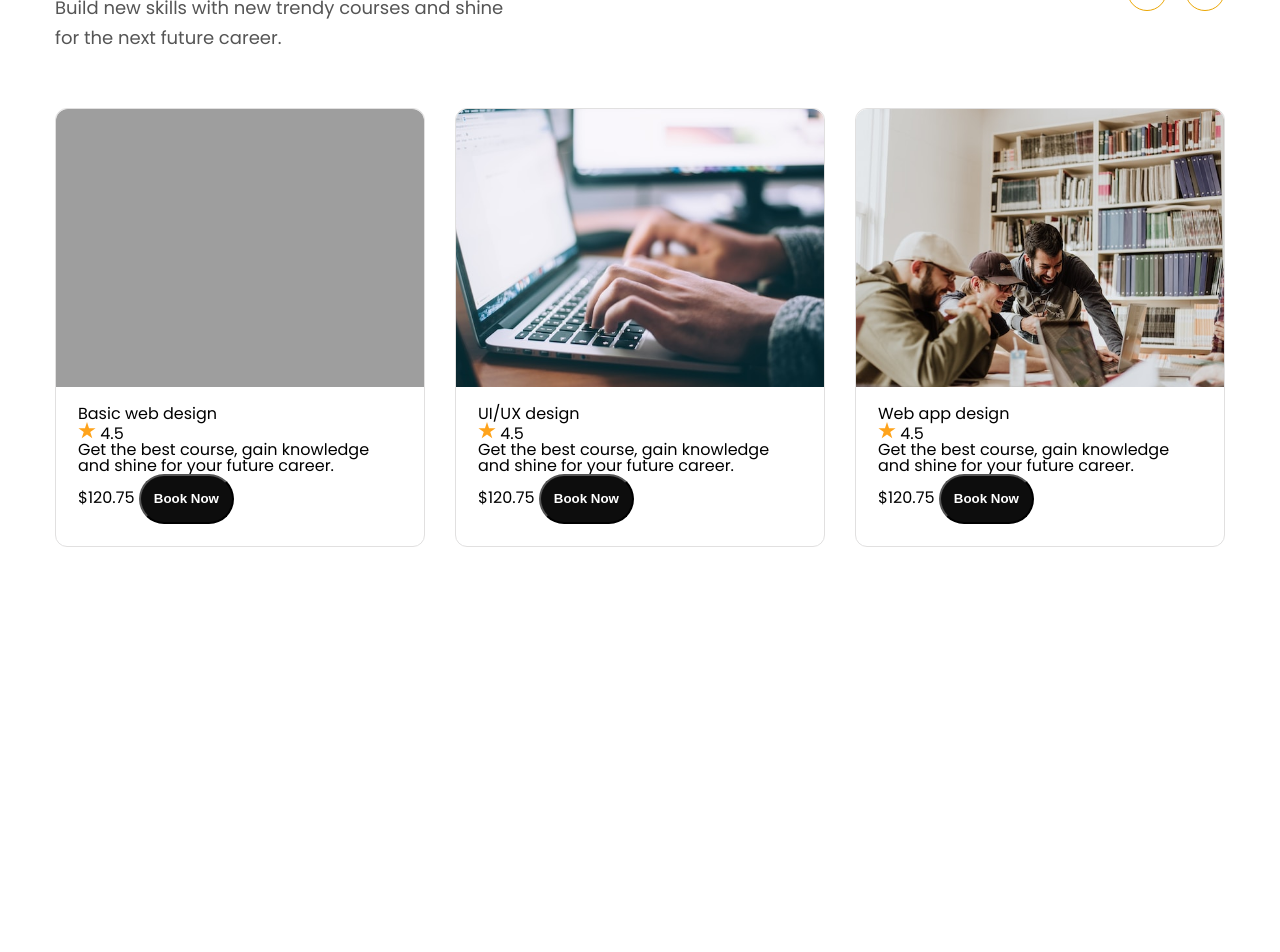
Repository: nguyendonghieu1011-png/figma-to-html1
Page: index.html
The author's editor kept a copy of each file at every save. The page is drawn from the files as they stood at one save, then again after the next save.
The browser window is 1280 px wide. The pictures show the part of the page from y = 1170 to 2122 px (the page is 10000 px tall).
Pictures or frames that could not be fetched are drawn as grey boxes. A picture or video elsewhere on the page could not be fetched, so the positions and the page height are approximate. Some web fonts or font styles are not loaded; a fallback is used. Some web libraries are served in a nearby version.

Above is the page before, as saved 2026-01-02 17:36:31.

### index.html
<!DOCTYPE html>
<html lang="en">
<head>
  <meta charset="UTF-8">
  <meta name="viewport" content="width=device-width, initial-scale=1.0">
  <link rel="stylesheet" href="https://cdnjs.cloudflare.com/ajax/libs/font-awesome/7.0.1/css/all.min.css" integrity="sha512-2SwdPD6INVrV/lHTZbO2nodKhrnDdJK9/kg2XD1r9uGqPo1cUbujc+IYdlYdEErWNu69gVcYgdxlmVmzTWnetw==" crossorigin="anonymous" referrerpolicy="no-referrer" />
  <link rel="stylesheet" href="./assets/css/reset.css">
  <link rel="preconnect" href="https://fonts.googleapis.com">
  <link rel="preconnect" href="https://fonts.gstatic.com" crossorigin>
  <link href="https://fonts.googleapis.com/css2?family=Pacifico&family=Poppins:wght@200;300;400&family=Roboto:ital,wght@0,100..900;1,100..900&family=Sekuya&display=swap" rel="stylesheet">
  <link rel="stylesheet" href="./assets/css/style.css">
  <title>Project</title>
</head>
<body>
  <header class="header fixed">
    <div class="main content">
      <div class="body">

        <h1>TangSan</h1>

        <nav class="nav">
          <ul>
            <li class="active"><a href="#!">Home</a></li>
            <li><a href="#!">Courses</a></li>
            <li><a href="#!">Pricing</a></li>
            <li><a href="#!">Reviews</a></li>
          </ul>
        </nav>

        <div class="action">
          <a href="" class="btn btn-sign-up">Sign Up</a>
        </div>
      </div>
    </div>
  </header>

  <!-- main -->
   <main class="main">
    <div class="hero">
      <div class="main content">
        <div class="body">
          <!-- left -->
          <div class="media-block">
            <img class="img" src="./assets/img/hero-img.jpg" alt="" >

            <div class="hero-summary">
              <!-- item1 -->
              <div class="item">
                <div class="icon">
                  <img class="icon-design dev" src="./assets/icon/des.svg" alt="Design">
                </div>

                <div class="info">
                  <p class="label">20 Courrses</p>
                  <p class="title">UI/UX Design</p>
                </div>
              </div>
              <!-- item2 -->
               <div class="item">
                <div class="icon">
                  <img class="icon-design" src="./assets/icon/dev.svg" alt="">
                </div>

                <div class="info">
                  <p class="label">20 Courrses</p>
                  <p class="title">Development</p>
                </div>
              </div>
              <!-- item3 -->
               <div class="item">
                <div class="icon">
                  <img class="icon-design" src="./assets/icon/marketing.svg" alt="">
                </div>

                <div class="info">
                  <p class="label">30 Courrses</p>
                  <p class="title">Marketing</p>
                </div>
              </div>
            </div>

            </div>
          <!-- right -->
           <div class="content-block">
              <h1 class="heading">Learn without limits and spread knowledge.</h1>
              <p class="desc">
                Lorem ipsum dolor sit amet consectetur adipisicing elit. Illum tenetur minima,
                est voluptas eaque aspernatur aperiam hic.
                Necessitatibus, doloremque architecto.
              </p>

              <div class="cta-group">
                <a class="btn hero-cta" href="#!">See Courses</a>
                <button class="watch-video">
                  <div class="icon">
                    <img class="icon-play" src="./assets/icon/play.svg" alt="">
                  </div>
                  <span>Watch Video</span>
                </button>
              </div>

              <p class="desc desc-recent">Recent eagement</p>
              <p class="desc stats">
                <strong>50K</strong> Students
                <strong>70+</strong> Courses
              </p>
           </div>

        </div>
      </div>
    </div>
   </main>

   <!-- popular -->
  <div class="popular">
  <div class="main content">
    <div class="popular-top">
      <!-- popular left -->
      <div class="info">
      <h2 class="heading-lv2">Our popular courses</h2>
        <p class="desc">
          Build new skills with new trendy courses and shine for the next future career.
        </p>
      </div>
      <!-- popular right -->
      <div class="controls">
        <button class="control-btn">
          <!-- <img src="./assets/icon/prev.svg" alt=""> -->
          <svg width="8" height="14" viewBox="0 0 8 14" fill="none"
                                xmlns="http://www.w3.org/2000/svg">
                                <path d="M7 1L1 7L7 13" stroke="currentColor" stroke-linecap="round"
                                    stroke-linejoin="round" />
                            </svg>
        </button>
        <button class="control-btn btn1">
          <!-- <img src="./assets/icon/next.svg" alt=""> -->
           <svg width="8" height="14" viewBox="0 0 8 14" fill="none"
                                xmlns="http://www.w3.org/2000/svg">
                                <path d="M1 1L7 7L1 13" stroke="currentColor" stroke-linecap="round"
                                    stroke-linejoin="round" />
                            </svg>
        </button>
      </div>
    </div>

    <!-- COURSE LIST -->
    <div class="course-list">
      <!-- item 1 -->
      <div class="course-item">
        <img src="./assets/img/course-1.jpg" alt="design" class="thumb">

        <div class="info">
          <div class="head">
            <h3 class="title">Basic web design</h3>
            <div class="rating">
              <img src="./assets/icon/star.svg" alt="" class="star">
              <span class="value">4.5</span>
            </div>
          </div>

          <p class="desc">
            Get the best course, gain knowledge and shine for your future career.
          </p>

          <div class="foot">
            <span class="price">$120.75</span>
            <button class="btn">Book Now</button>
          </div>
        </div>
      </div>

      <!-- item 2 -->
            <div class="course-item">
        <img src="./assets/img/course-2.jpg" alt="UI/UX design" class="thumb">

        <div class="info">
          <div class="head">
            <h3 class="title">UI/UX design</h3>
            <div class="rating">
              <img src="./assets/icon/star.svg" alt="" class="star">
              <span class="value">4.5</span>
            </div>
          </div>

          <p class="desc">
            Get the best course, gain knowledge and shine for your future career.
          </p>

          <div class="foot">
            <span class="price">$120.75</span>
            <button class="btn">Book Now</button>
          </div>
        </div>
      </div>

      <!-- item 3 -->
            <div class="course-item">
        <img src="./assets/img/course-3.jpg" alt="web app design" class="thumb">

        <div class="info">
          <div class="head">
            <h3 class="title">Web app design</h3>
            <div class="rating">
              <img src="./assets/icon/star.svg" alt="" class="star">
              <span class="value">4.5</span>
            </div>
          </div>

          <p class="desc">
            Get the best course, gain knowledge and shine for your future career.
          </p>

          <div class="foot">
            <span class="price">$120.75</span>
            <button class="btn">Book Now</button>
          </div>
        </div>
      </div>

    </div>
  </div>
</div>

</body>
</html>

### assets/css/style.css
* {
  box-sizing: border-box;
}

:root {
  --font-heading: "Sen", sans-serif;
}

html {
  font-size: 62.5%;
}

body {
  font-size: 1.6rem;
  font-family: "Poppins", sans-serif;
  height: 1000rem;

}

h1 {
  font-weight: 700;
  font-style: italic;
  padding: 5px;
  margin-left: 20px;
  margin-right: 20px;
}

a {
  text-decoration: none;
}

.heading-lv2 {
  color: black;
  font-family: var(--font-heading);
  font-size: 38px;
  font-weight: 700;
  line-height: 48px;
  letter-spacing: -0.76px;
}

.header {
  background-color: #f8f9f6;
}

.header.fixed {
  z-index: 1;
  position: sticky;
  top: -28px;
}

.header h1 {
  font-size:2.8rem;
  text-shadow: 3px 0 0 #7b7b7b
}

.btn {
  display: inline-block;
  background-color: #0d0d0d;
  text-align: center;
  color: #fff;
  padding: 8px 13px;
  line-height: 30px;
  border-radius: 999px;
  font-weight: 600;
}

.btn-sign-up:hover {
  /* background-color: #5b5d54; */
  opacity: 0.9
}


.main.content {
  width: 1170px;
  max-width: calc(100% - 48px);
  margin-left: auto;
  margin-right: auto;
}

.header .body {
  display: flex;
  align-items: baseline; /* or center*/
  padding: 36px 0 8px
}

.nav {
  margin-left: auto;
}

.nav ul {
  display: flex;
}

.nav a {
  position: relative;
  color: rgb(100, 95, 95);
  text-align: center;
  padding: 8px 21px;
}

.nav a:hover {
  color:black;
  /* font-weight: 600; */
  /* font-size: 17px; */
  text-shadow: 1px 0 0 currentColor;
}

.header .btn-sign-up {
  min-width: 130px;
}

.header .action {
  margin-left: 50px;
}

.hero {
  padding: 56px 0 65px;
  background-color: #f8f9f6;
}

.hero .body {
  display: flex;
}

.hero .media-block {
  position: relative;
  width: 50%;
}

.hero .content-block {
  width: 52%;
  margin-left: 100px
}

.hero .media-block .img {
  width: 470px;
  height: 685px;
  object-fit: cover;
  border-radius: 20px;
}

.hero .hero-summary {
  position: absolute;
  bottom: 50px;
  right: 0;
  background-color: #fff;
  padding: 30px 60px;
  border-radius: 20px;
}



.hero-summary .info {
  margin-left: 16px;
}


.hero-summary .icon {
  width: 48px;
  height: 48px;
  border-radius: 50%;
  display: flex;
  justify-content: center;
  align-items: center;
  background-color: #fff9e8;
}



.hero-summary .item {
  display: flex;
  align-items: center;
}

.hero-summary .item + .item {
  margin-top: 22px;
}

.hero-summary .label {
  color:#787777;
  font-size: 1.4rem;
  line-height: 186%;
}

.hero-summary .title {
  font-size: 1.8rem;
  font-weight: 600;
  line-height: 30px
}

.hero .content-block {
  width: 52%;
  padding-left: 130px;
}


.hero .heading {
  font-family: var(--font-heading);
   font-size: 58px;
  font-style: normal;
  font-weight: 700;
  line-height: 68px;
  letter-spacing: -1.16px /*khoảng cách giữa các chữ cái*/

}

.hero .desc {
  margin-top: 20px;
  color: #787777;
  font-size: 1.8rem;
  line-height: 1.67;
}

.hero .cta-group {
  margin-top: 38px;
  display: flex;
}

.hero-cta {
  background-color: #b7ae07;
  min-width: 170px;
  line-height: 35px;
  margin-right: 20px;
}

.hero .watch-video {
  border: none;
  display: flex;
  justify-content: center;
  align-items: center;
  background-color: transparent;
  cursor: pointer;
}


.hero-cta:hover {
  background-color: #7e7c05;
}

.cta-group span {
  margin-left: 10px;
  font-size: 1.8rem;
  font-weight: 700;
  line-height: 30px;

}

.hero .watch-video .icon {
  display: flex;
  align-items: center;
  justify-content: center;
  width: 40px;
  height: 40px;
  border-radius: 40px;
  background: #fff;
  box-shadow: 0px 8px 16px 0px rgba(0, 0, 0, 0.07);
}



.hero .desc-recent {
  margin-top: 35px;
}

.hero .stats {
  margin-top: 8px;
}

.hero .stats strong {
  margin-right: 15px;
  color: black;
  font-family: var(--font-heading);
  font-size: 44px;
  font-weight: 700;
  line-height: 54px;
}

.hero .stats strong:nth-child(2) {
  margin-left: 28px;
}

/* popular */

.popular {
  padding: 65px 0;
  margin-top: 135px;
}

.popular-top {
  display: flex;
  justify-content: space-between;
  align-items: center;
}

.popular-top .desc{
  margin-top: 16px;
  width: 458px;
  color: #555555;
  font-size: 1.8rem;
  line-height: 1.67;
}

.popular-top .controls {
  display: flex;
  gap: 18px;
}

.popular .control-btn {
  display: flex;
  justify-content: center;
  align-items: center;
  background: transparent;
  width: 40px;
  height: 40px;
  padding: 10px 15px;
  border-radius: 999px;
  color: rgb(235, 166, 3);
  border: 1px solid rgb(235, 166, 3);

}

.popular .control-btn:hover {
  background-color: rgb(235, 166, 3);;
  color: #fff;
   cursor: pointer;
}

.popular .course-list {
  margin-top: 55px;
  display: flex;
  align-items: baseline;
  gap: 30px;
}

.popular .course-item {
  border-radius: 12px;
  border: 1px solid rgb(225, 224, 224)
}

.popular .course-item .thumb {
  border-top-left-radius: 12px;
  border-top-right-radius: 12px;
  width: 100%;
  height: 278px;
  object-fit: cover;
}

.popular .course-item .info {
  padding: 16px 22px 22px;
}

Loaded but not shown: assets/css/reset.css (common file)

After the next save:
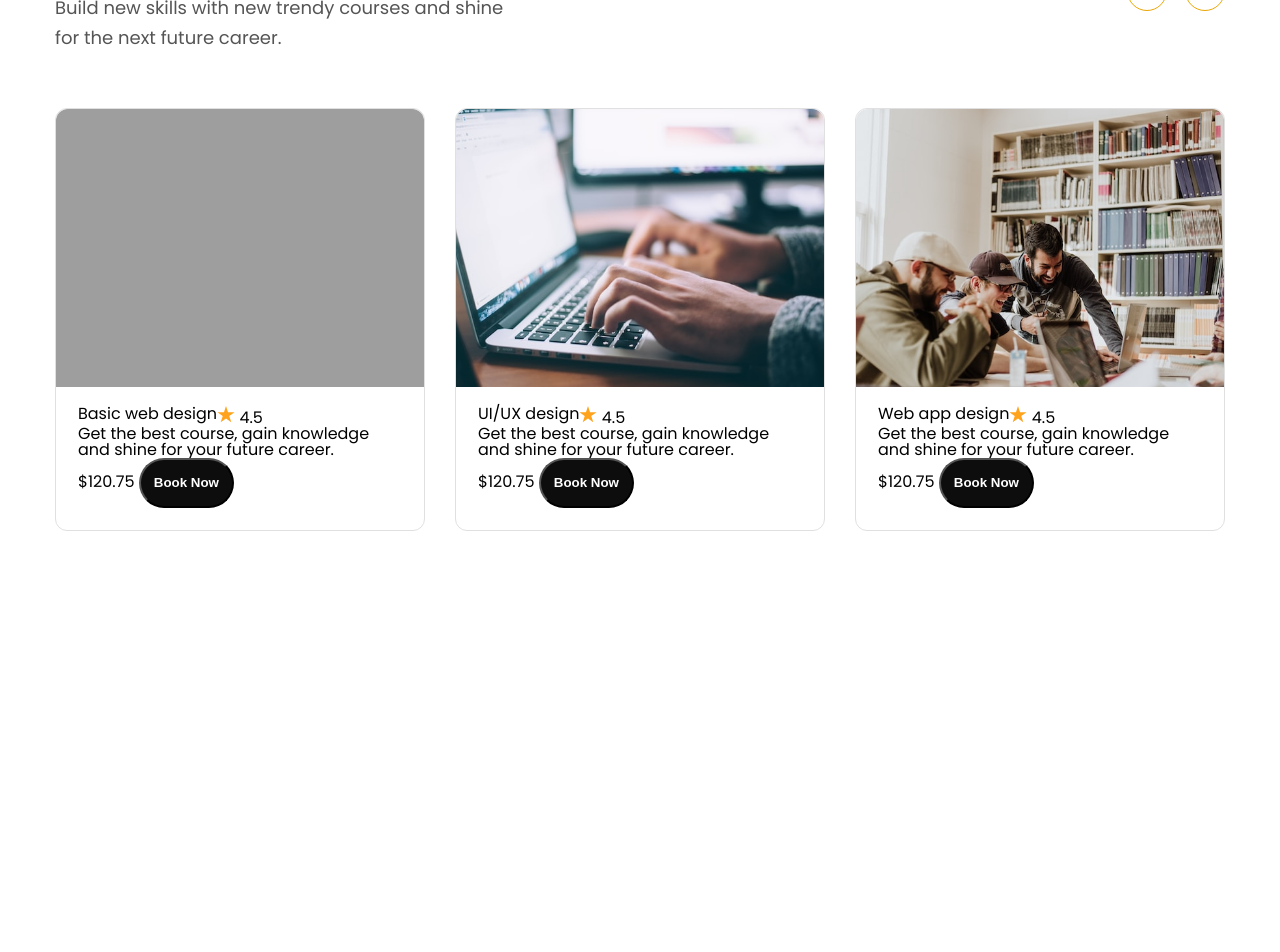
Saved 4 min 13 s later.
--- a/assets/css/style.css
+++ b/assets/css/style.css
@@ -348,3 +348,8 @@ a {
 .popular .course-item .info {
   padding: 16px 22px 22px;
 }
+
+.popular .course-item .head {
+  display: flex;
+  align-items: start;
+}
